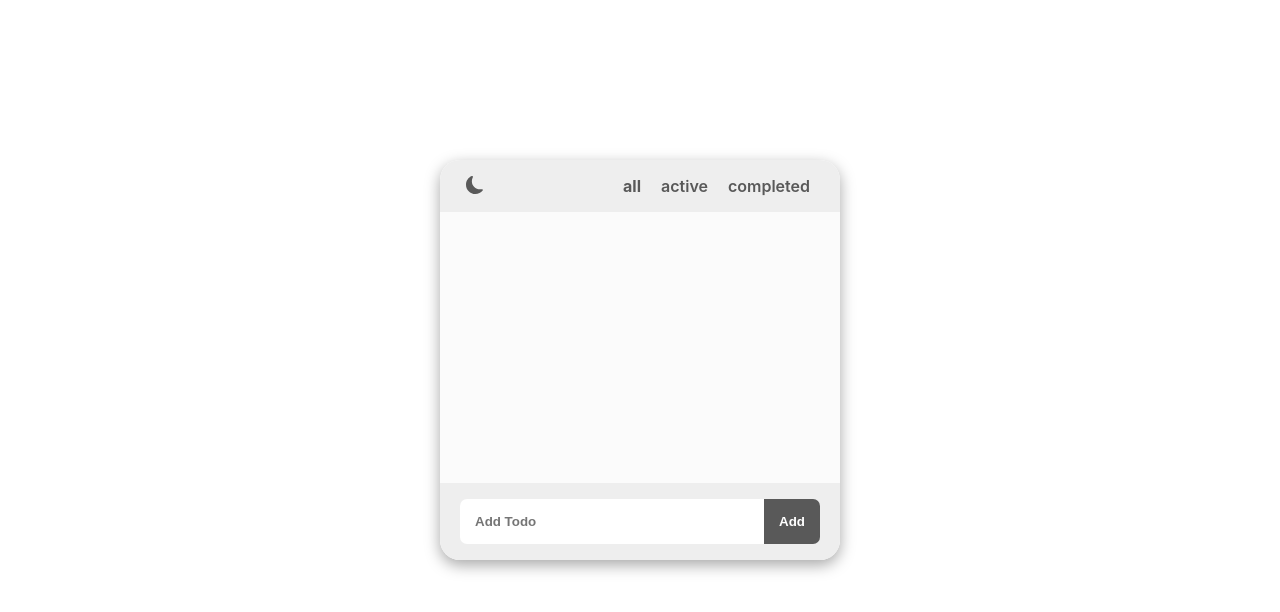
Repository: momo0170/react_todolist
Page: /
The author's editor kept a copy of each file at every save. The page is drawn from the files as they stood at one save, then again after the next save.
The browser window is 1280 px wide. The pictures show the whole page.
The project was rebuilt for these pictures with package versions that can differ from the ones it lists, and the page was loaded fresh each time. Also part of the build but not shown: src/css/Todo.module.css, src/components/Main/Todo.jsx.

Above is the page before, as saved 2022-11-09 17:10:13.

### src/index.css
body {
  margin: 0;
  font-family: -apple-system, BlinkMacSystemFont, 'Segoe UI', 'Roboto', 'Oxygen',
    'Ubuntu', 'Cantarell', 'Fira Sans', 'Droid Sans', 'Helvetica Neue',
    sans-serif;
  -webkit-font-smoothing: antialiased;
  -moz-osx-font-smoothing: grayscale;
  height: 100vh;
  display: flex;
  justify-content: center;
  align-items: center;
}

code {
  font-family: source-code-pro, Menlo, Monaco, Consolas, 'Courier New',
    monospace;
}

### src/App.jsx
import styles from './App.module.css';
import { useState } from 'react';
import { v4 as uuidv4 } from 'uuid';

import Header from './components/Header/Header';
import Main from './components/Main/Main';
import Footer from './components/Footer/Footer';
import { useEffect } from 'react';

const filters = ['all', 'active', 'completed'];
function App() {
  const [filter, setFilter] = useState(filters[0]);
  const [darkMode, setDarkMode] = useState(false);
  // todos 변경이 발생할 때마다 console.log 계속 실행됨
  // 초기값이 전달되는데 내부적으로 저장된 값이 있다면 초기값을 무시하고 내부적인 값을 사용한다. 그래서 useState 내부에 함수를 사용할 경우에 콜백 함수로 사용하는 것이 좋다.
  const [todos, setTodos] = useState(() => {
    const todos = localStorage.getItem('todos');
    return todos ? JSON.parse(todos) : [];
  });

  const onAdd = (e) => {
    e.preventDefault();
    if (e.target[0].value !== '') {
      setTodos([
        ...todos,
        { id: uuidv4(), name: e.target[0].value, status: 'active' },
      ]);
      e.target[0].value = '';
    }
  };

  const onDelete = (targetId) => {
    setTodos((prev) => prev.filter((todo) => todo.id !== targetId));
  };
  const onUpdate = (updated) => {
    setTodos(todos.map((t) => (t.id === updated.id ? updated : t)));
  };
  const onChangeMode = () => {
    setDarkMode(!darkMode);
  };
  // todos가 업데이트 될 때마다 localStorage의 값도 업데이트
  useEffect(() => {
    localStorage.setItem('todos', JSON.stringify(todos));
  }, [todos]);
  console.log(todos);

  return (
    <div className={styles.container}>
      <Header
        onChangeMode={onChangeMode}
        darkMode={darkMode}
        filters={filters}
        filter={filter}
        onFilterChange={(filter) => setFilter(filter)}
      />
      <Main
        onDelete={onDelete}
        todos={todos}
        onUpdate={onUpdate}
        darkMode={darkMode}
        filter={filter}
      />
      <Footer onAdd={onAdd} darkMode={darkMode} />
    </div>
  );
}

export default App;

### src/App.module.css
:root {
  --light-mode-black: #595959;
}
.container {
  display: flex;
  flex-direction: column;
  border-radius: 20px;
  width: 400px;
  height: 400px;
  box-shadow: rgba(0, 0, 0, 0.35) 0px 5px 15px;
}

### src/components/Header/Header.jsx
import styles from '../../css/Header.module.css';
import { BsMoonFill, BsSunFill } from 'react-icons/bs';

export default function Header({
  onChangeMode,
  darkMode,
  filters,
  filter,
  onFilterChange,
}) {
  const changeMode = () => {
    onChangeMode();
  };
  return (
    <header
      className={styles.header}
      style={darkMode ? { backgroundColor: '#373737' } : {}}
    >
      <button className={styles.modeBtn} onClick={changeMode}>
        {darkMode ? (
          <BsSunFill size="18" color="#DEDEDE" />
        ) : (
          <BsMoonFill size="18" color="#595959" />
        )}
      </button>
      <ul className={styles.filter}>
        {filters.map((value, index) => (
          <li
            className={`${styles.filterList} ${
              filter === value && styles.selected
            }`}
            style={darkMode ? { color: '#DEDEDE' } : { color: '#595959' }}
            key={index}
            onClick={() => onFilterChange(value)}
          >
            {value}
          </li>
        ))}
      </ul>
    </header>
  );
}

### src/components/Main/Main.jsx
import React from 'react';
import styles from '../../css/Main.module.css';
import Todo from './Todo';

export default function Main({
  onDelete,
  onCheck,
  todos,
  darkMode,
  filter,
  onUpdate,
}) {
  const filtered = getFilterdItems(todos, filter);
  return (
    <main
      className={styles.main}
      style={darkMode ? { backgroundColor: '#424242' } : {}}
    >
      {filtered.map((todo) => (
        <li className={styles.list} key={todo.id}>
          <Todo
            todo={todo}
            onDelete={onDelete}
            onCheck={onCheck}
            darkMode={darkMode}
            onUpdate={onUpdate}
          />
        </li>
      ))}
    </main>
  );
}

function getFilterdItems(todos, filter) {
  if (filter === 'all') {
    return todos;
  }
  return todos.filter((todo) => todo.status === filter);
}

### src/components/Footer/Footer.jsx
import React from 'react';
import styles from '../../css/Footer.module.css';
export default function Footer({ onAdd, darkMode }) {
  return (
    <footer
      className={styles.footer}
      style={darkMode ? { backgroundColor: '#373737' } : {}}
    >
      <form className={styles.form} onSubmit={onAdd}>
        <input
          type="text"
          placeholder="Add Todo"
          className={styles.input}
          style={
            darkMode ? { backgroundColor: '#424242', color: '#DEDEDE' } : {}
          }
        />
        <button className={styles.addBtn}>Add</button>
      </form>
    </footer>
  );
}

### src/css/Header.module.css
/* Header */
.header {
  display: flex;
  background-color: #eeeeee;
  border-radius: 20px 20px 0 0;
  justify-content: space-between;
  padding: 0 20px;
}
.modeBtn {
  border: 0;
  background-color: transparent;
  cursor: pointer;
}
.filter {
  list-style: none;
  display: flex;
  padding: 0;
}
.filterList {
  margin: 0 10px;
  cursor: pointer;
  font-weight: 600;
  color: var(--light-mode-black);
}

.filterList.selected {
  font-weight: bolder;
}
.filterList::after {
  content: '';
}

### src/css/Main.module.css
/* Main */
.main {
  flex: 1 1 70%;
  background-color: #fbfbfb;
  overflow: auto;
}
.list {
  list-style: none;
  display: flex;
  align-items: center;
  margin: 10px 20px;
}

### src/css/Footer.module.css
/* Footer */
.footer {
  flex: 1 1 20%;
  background-color: #eeeeee;
  border-radius: 0 0 20px 20px;
  display: flex;
  justify-content: center;
  align-items: center;
}
.form {
  display: flex;
  width: 90%;
  border-radius: 10px;
}
.input {
  flex: 1 1 80%;
  border: 0;
  padding: 15px;
  border-radius: 7px 0 0 7px;
  color: var(--light-mode-black);
  font-weight: 800;
}
input:focus::placeholder {
  color: transparent;
}
input:focus {
  outline: 0;
}
.addBtn {
  border: 0;
  border-radius: 0 7px 7px 0;
  padding: 15px;
  background-color: var(--light-mode-black);
  color: white;
  font-weight: 600;
  cursor: pointer;
}

Loaded but not shown: public/index.html (common file); src/index.js (common file); src/reportWebVitals.js (common file)

After the next save:
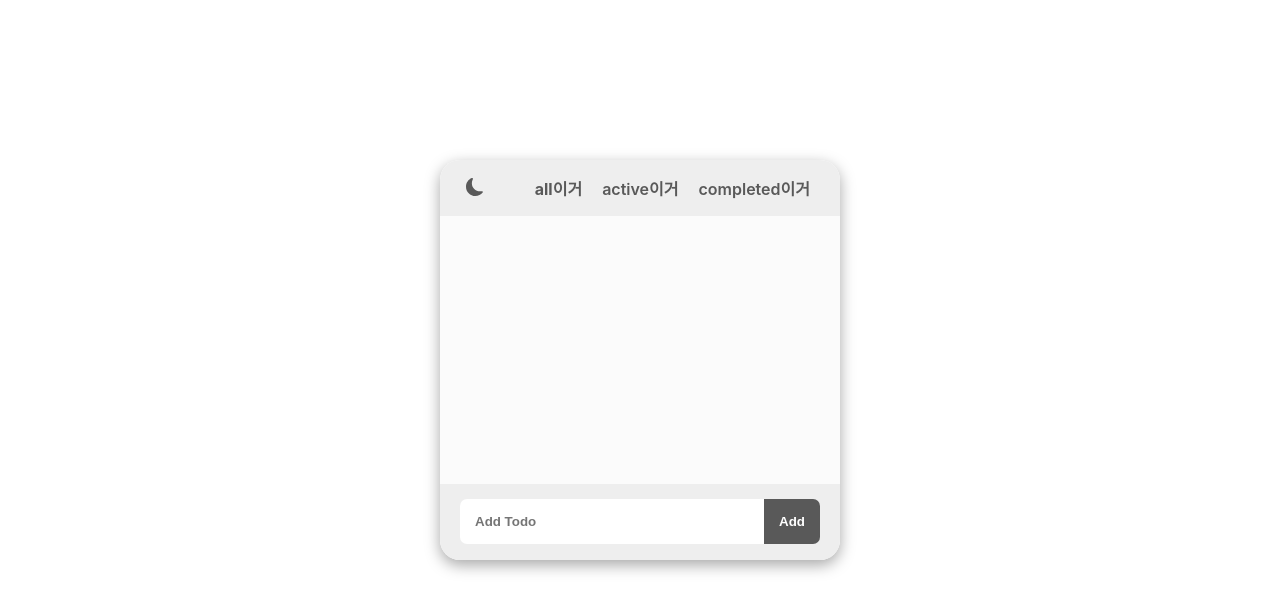
Saved 8 s later.
--- a/src/css/Header.module.css
+++ b/src/css/Header.module.css
@@ -27,5 +27,5 @@
   font-weight: bolder;
 }
 .filterList::after {
-  content: '';
+  content: '이거';
 }

After the save that followed:
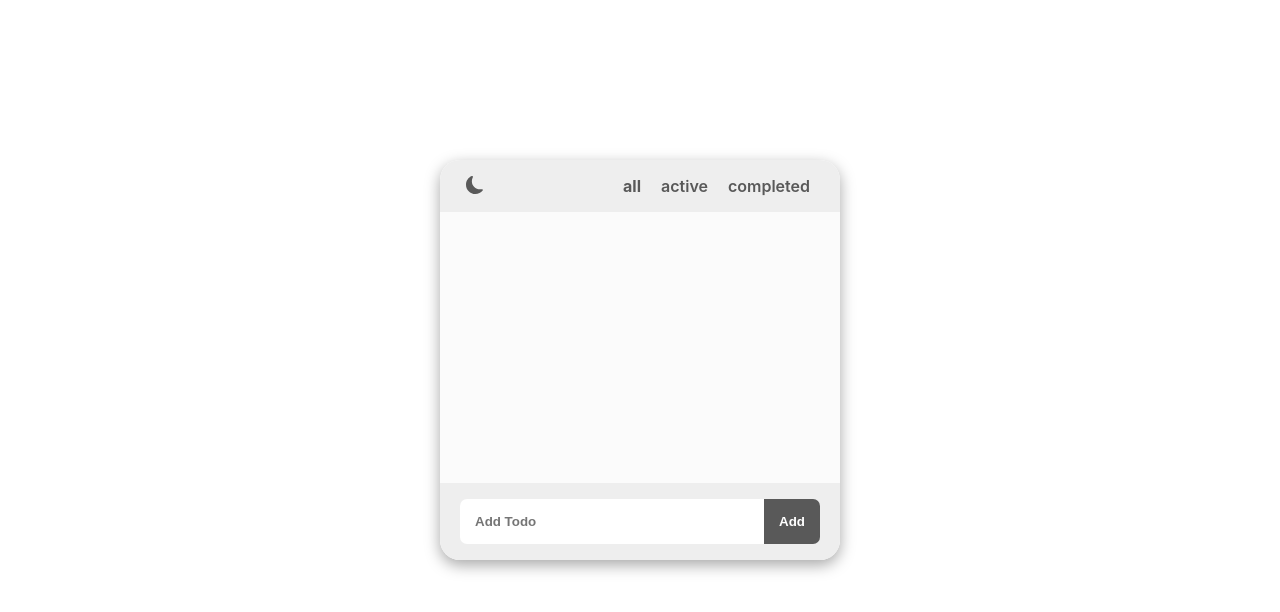
Saved 8 s later.
--- a/src/css/Header.module.css
+++ b/src/css/Header.module.css
@@ -27,5 +27,6 @@
   font-weight: bolder;
 }
 .filterList::after {
-  content: '이거';
+  content: '';
+  display: block;
 }
